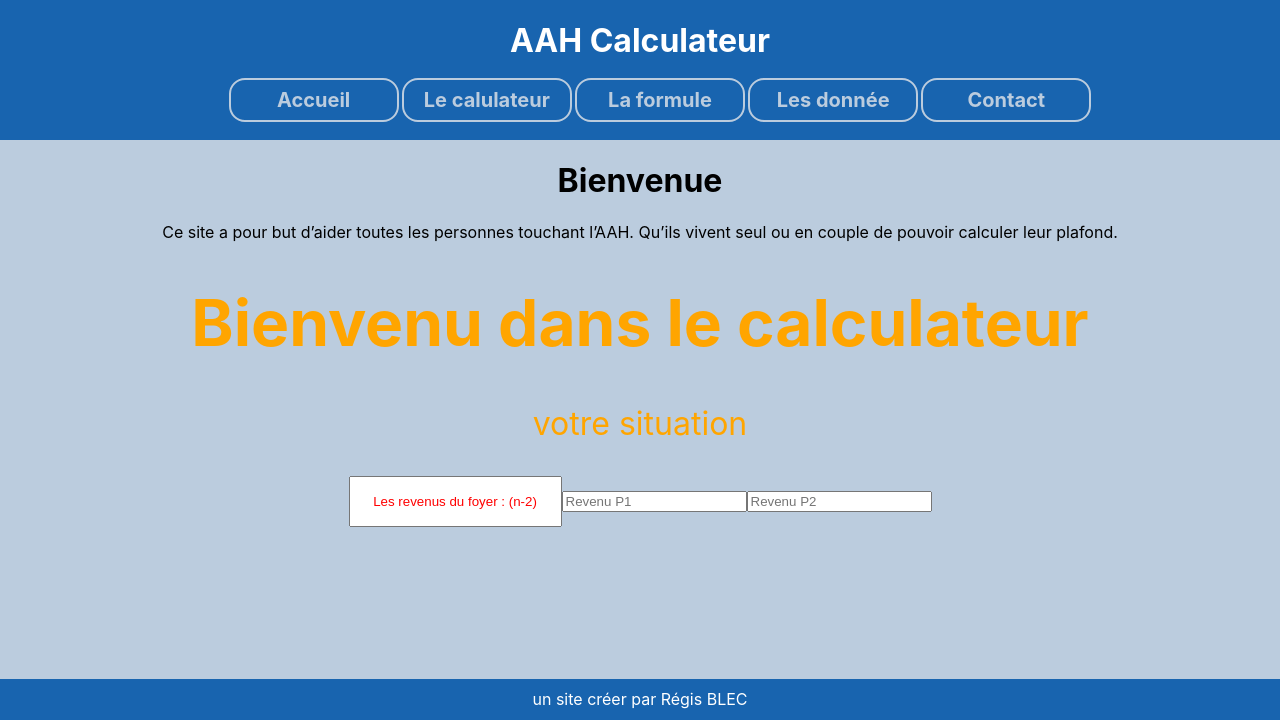
Repository: Cide74/calculateur-aah
Page: /
These files come from the project's save history. The page is drawn as it stood at one moment and after the next save; the edit follows.
The browser window is 1280 px wide. The pictures show the whole page.
The project was rebuilt for these pictures with package versions that can differ from the ones it lists, and the page was loaded fresh each time.

Above is the page before, as saved 2021-04-05 17:28:01.

After the next save:
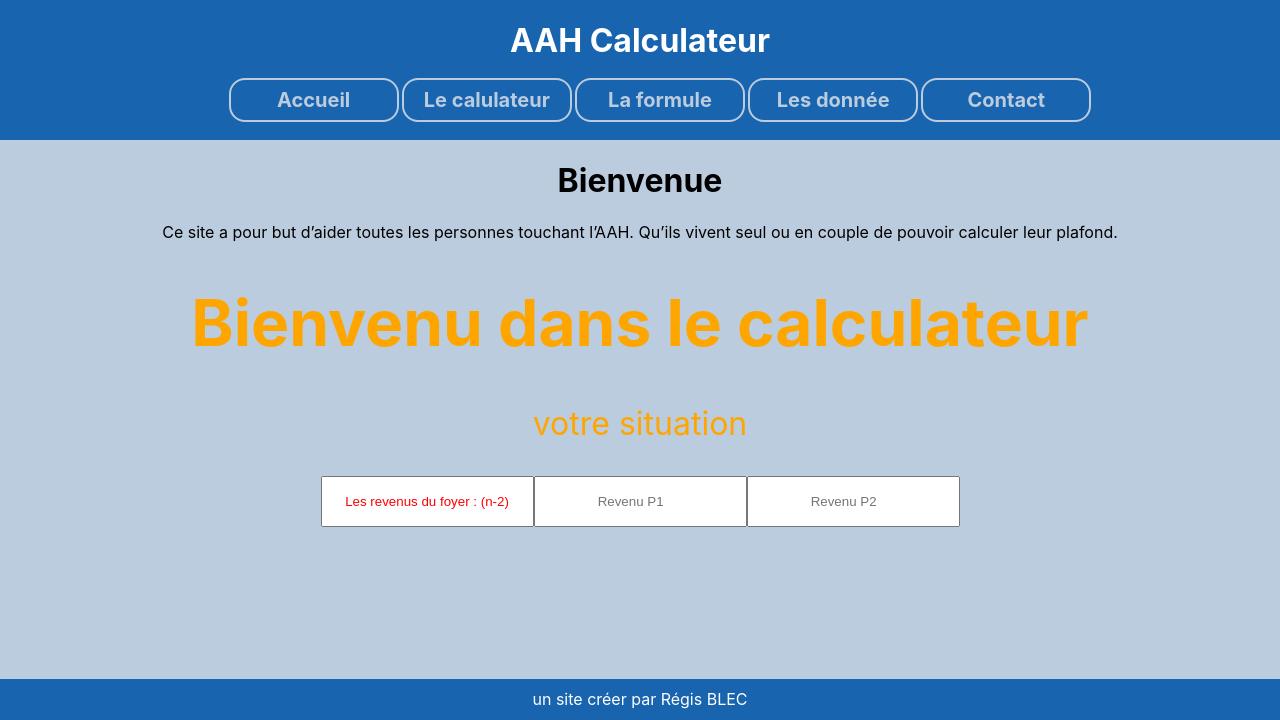
Saved 8 s later.
--- a/src/components/Calculator/Calculator.scss
+++ b/src/components/Calculator/Calculator.scss
@@ -2,7 +2,7 @@
     color:orange;
     font-size: 2em;
 
-    .field-input-revenu-text {
+    .field-input-revenu {
         color:red;
         text-align: center;
         width: max-content;
